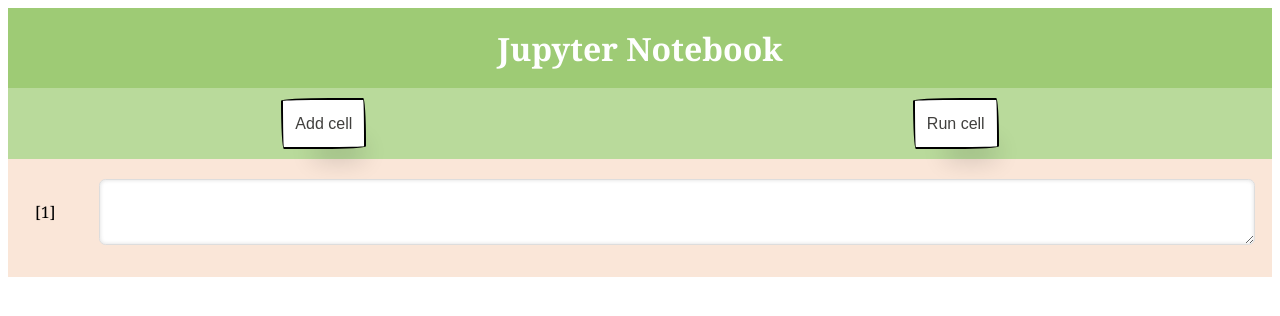
Repository: lingzi-liu/jupyter_notebook_prototype
Page: http://localhost/
These files come from the project's save history. The page is drawn as it stood at one moment and after the next save; the edit follows.
The browser window is 1280 px wide. The pictures show the whole page.
The page is served by the project's application, run on Flask 3 (app.py).

Above is the page before, as saved 2022-11-13 12:27:39.

### templates/index.html
<!DOCTYPE html>
<html lang="en">

<head>
    <meta charset="UTF-8">
    <meta http-equiv="X-UA-Compatible" content="IE=edge">
    <meta name="viewport" content="width=device-width, initial-scale=1.0">
    <link rel="stylesheet" href="../static/styles/style.css">
    <script defer src="../static/scripts/command_handler.js"></script>
    <script defer src="../static/scripts/add_cell.js"></script>
    <title>Jupter Notebook</title>
</head>

<body>
    <!-- Navigation Bar -->
    <div id="nav">
        <h1>Jupyter Notebook</h1>
    </div>


    <!-- Button Bar -->
    <div id="commands">
        <!-- Add Cell allows you to add new code cells -->
        <!--Triggering a function addCell() when clicked -->
        <button onclick="addCell()">Add cell</button>
        <!-- Run Cell allows you to run the code in a selected cell -->
        <!--Triggering a function runCell() when clicked -->
        <button onclick="runCell()" id="run">Run cell</button>
    </div>


    <!-- Cell list -->
    <div id="cell-list">
        <!-- Each cell is in separate division -->
        <!-- When clicked, the current cell should become the selected cell by triggering the function selectedCell(this) -->
        <div class="cell" id="1" onclick="selecteCell(this)">
            <h4>[1]</h4>
            <textarea onkeyup="do_resize(this);"></textarea>

            <!--a paragraph component below the cell box for the error message or result, if there is one
            -->
            <p></p>
        </div>
    </div>
</body>

</html>

### app.py
# Step1
from flask import Flask, request, render_template

from contextlib import redirect_stdout
import io
import ast # stands for abstract syntax tree

app = Flask(__name__)

# Step 3: Create a function evaluate_code(code) that takes in a string and returns the output
def evaluate_code(code):
    # Step2: Parse the input code
    parsed = ast.parse(code)


    # Context manager for temporarily redirecting sys.stdout to another file or file-like object.
    with redirect_stdout(io.StringIO()) as f:
        try:
            #
            for input in parsed.body:
                if type(input) == ast.Expr:
                    # eval() allows you to evaluate arbitrary Python expressions from a string-based or compiled-code-based input.
                    # diff: eval() only execute or evaluate expressions
                    result = eval(compile(ast.Expression(input.value), "<string>", "eval"), globals())
                    # show appropiate result
                    if result:
                        print(result)
                else:
                    # exec()can execute any piece of Python code.
                    exec(compile(ast.Module(body=[input], type_ignores=[]), "<string>", "exec"), globals())
        # If there is an exception, in the result print the exception with an error message
        except Exception as e:
            print('Error Occured!')
            print(e.__class__.__name__ + ' : ')
            print(e)


    return f.getvalue()


# Create a default ‘GET’ route for your flask object that directs you to the html page
@app.route('/',methods=['GET'])
def index():
    # Flask template
    # put index.html in templates folder otherwise it will throw a render_template error
    return render_template('index.html')

# Create ‘POST’ route that uses an evaluate function
@app.route('/evaluate', methods=['POST'])
def evaluate():
    # Step2: Extract the command from the json input
    data = request.json
    code = data['command']
    return {'result': evaluate_code(code)}

if __name__== '__main__':
    # set debug to true to see the log and applied changes
    app.run(port=8002, debug = True)

### static/styles/style.css
#nav {
  height: 80px;
  background-color: rgba(120, 183, 62, 0.712);
  font-weight: bold;
  display: flex;
  align-items: center;
}

#nav h1 {
  margin: auto;
  color: white;
  font-family: Georgia, 'Times New Roman', Times, serif;
  text-align: center;
}

#commands {
  background-color: rgba(120, 183, 62, 0.516);
  display: flex;
  justify-content: space-around;
}

#commands button {
  margin: 10px;
  align-self: center;
  background-color: #fff;
  background-image: none;
  background-position: 0 90%;
  background-repeat: repeat no-repeat;
  background-size: 4px 3px;
  border-radius: 15px 225px 255px 15px 15px 255px 225px 15px;
  border-style: solid;
  border-width: 2px;
  box-shadow: rgba(0, 0, 0, .2) 15px 28px 25px -18px;
  box-sizing: border-box;
  color: #41403e;
  cursor: pointer;
  display: inline-block;
  font-family: Neucha, sans-serif;
  font-size: 1rem;
  line-height: 23px;
  outline: none;
  padding: .75rem;
  text-decoration: none;
  transition: all 235ms ease-in-out;
  border-bottom-left-radius: 15px 255px;
  border-bottom-right-radius: 225px 15px;
  border-top-left-radius: 255px 15px;
  border-top-right-radius: 15px 225px;
  user-select: none;
  -webkit-user-select: none;
  touch-action: manipulation;
}

#commands button:hover {
  box-shadow: rgba(0, 0, 0, .3) 2px 8px 8px -5px;
  transform: translate3d(0, 2px, 0);
}

#commands button:focus {
  box-shadow: rgba(0, 0, 0, .3) 2px 8px 4px -6px;
}

.cell {
  padding-top: 20px;
  margin: auto;
  align-items: center;
  display: flex;
  flex-flow: row wrap;
  justify-content: space-around;
}

#cell-list .cell:hover {
  background-color: rgba(120, 183, 62, 0.195);
}

#cell-list .cell textarea {
  border-radius: 0.4rem;
  border: 1px solid #ddd;
  padding: 0.5rem;
  color: #666;
  box-shadow: inset 0 0 0.25rem #ddd;
  font-family: Georgia, 'Times New Roman', Times, serif;
  font-size: large;
  width: 90%;

}

#cell-list .cell textarea:focus {
  outline: none;
  border: 1px solid darken(#ddd, 5%);
  box-shadow: inset 0 0 0.5rem darken(#ddd, 5%);
}

#cell-list .cell h4 {
  display: inline-block;
  margin: 0;
  padding: 0 10px;
  font-weight: lighter;
  font-family: Georgia, 'Times New Roman', Times, serif;
}

#cell-list .cell p {
  width: 100%;
  font-family: Georgia, 'Times New Roman', Times, serif;
  margin-left: 120px;
}

### static/scripts/command_handler.js
// runCell() takes the code in the cell and outputs the result if there is a result or the error if there is an error
function runCell() {
    // disable the button from being run again until we process the current code
    runButton = document.getElementById('run');
    runButton.disabled = true;

    cellNum = document.getElementById(selectedCellNumber);
    // get text from the textarea
    text = cellNum.children[1].value;

    // Send the text to the python backend as a command
    // get the response from post request
    fetch('/evaluate', {
        method: 'POST',
        headers: {
            'Content-Type': 'application/json'
        },
        body: JSON.stringify({
            command: text
        })
    }).then((response) => response.json()).then((data) => {
        // Insert the response below the respective code cell as a string
        cellNum.children[2].innerText = data.result;

        // enable the button again
        runButton.disabled = false;
    });
}

### static/scripts/add_cell.js
let selectedCellNumber = 1; //  the id of the currently selected cell
let maxCellNumber = 1; // the total number of cells

// adjusts the size of the text box depending on the text input.
// If the text input becomes larger than the current size of the textbox
// then we need to increase the size of the cell.
function do_resize(textbox) {
    var maxrows = 50;
    var txt = textbox.value;
    var cols = textbox.cols;

    var arraytxt = txt.split('\n');
    var rows = arraytxt.length;

    for (i = 0; i < arraytxt.length; i++)
        rows += parseInt(arraytxt[i].length / cols);

    if (rows > maxrows) textbox.rows = maxrows;
    else textbox.rows = rows;
}

// changes the selected cell based on an input cell.
function selecteCell(cell) {
    if (selectedCellNumber) {
        document.getElementById(selectedCellNumber).style.backgroundColor = "white";
    }
    selectedCellNumber = cell.id;
    document.getElementById(selectedCellNumber).style.backgroundColor = "rgba(228, 126, 58, 0.195)";
    console.log('cell selected: ', selectedCellNumber)
}

// Ensure that the selected cell when the page is first opened is the first and only cell on the page
selecteCell(document.getElementById("1"))

// adds a cell below the current cells
function addCell() {
    maxCellNumber++;
    cellList = document.getElementById("cell-list");
    cellList.insertAdjacentHTML('beforeend',
        `<div class="cell" id="${maxCellNumber}" onclick="selecteCell(this)">
            <h4>[${maxCellNumber}]</h4>
            <textarea onkeyup="do_resize(this);"></textarea>
            <p></p>
        </div>`);

    selecteCell(document.getElementById(maxCellNumber));
}

After the next save:
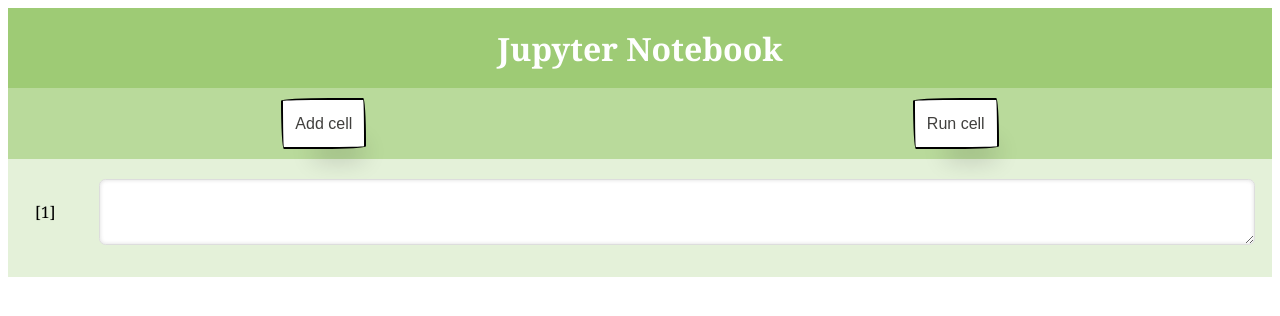
Saved 24 s later.
--- a/static/scripts/add_cell.js
+++ b/static/scripts/add_cell.js
@@ -25,7 +25,7 @@
         document.getElementById(selectedCellNumber).style.backgroundColor = "white";
     }
     selectedCellNumber = cell.id;
-    document.getElementById(selectedCellNumber).style.backgroundColor = "rgba(228, 126, 58, 0.195)";
+    document.getElementById(selectedCellNumber).style.backgroundColor = "rgba(120, 183, 62, 0.195)";
     console.log('cell selected: ', selectedCellNumber)
 }
 
